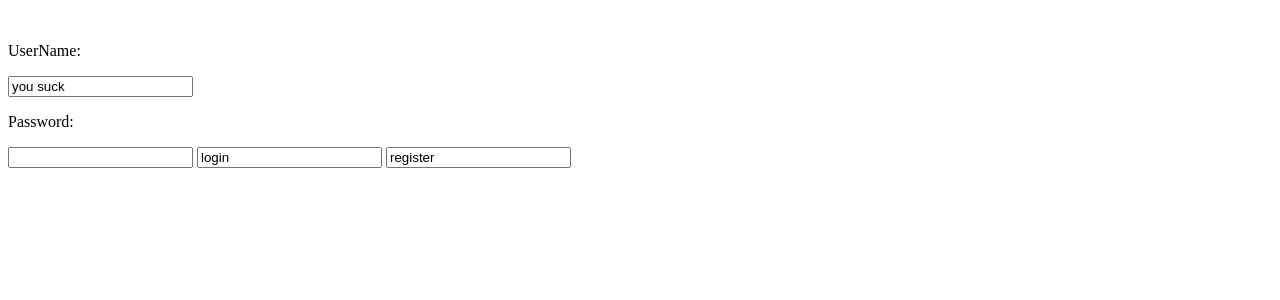
Repository: Hamzamshoaib/us2
Page: http://localhost/te_assignment_2/
These files come from the project's save history. The page is drawn as it stood at one moment and after the next save; the edit follows.
The browser window is 1280 px wide. The pictures show the whole page.
The page is served by Tomcat 9. Queries for data that is not in the repository find no rows.

Above is the page before, as saved 2015-05-08 18:23:00.

After the next save:
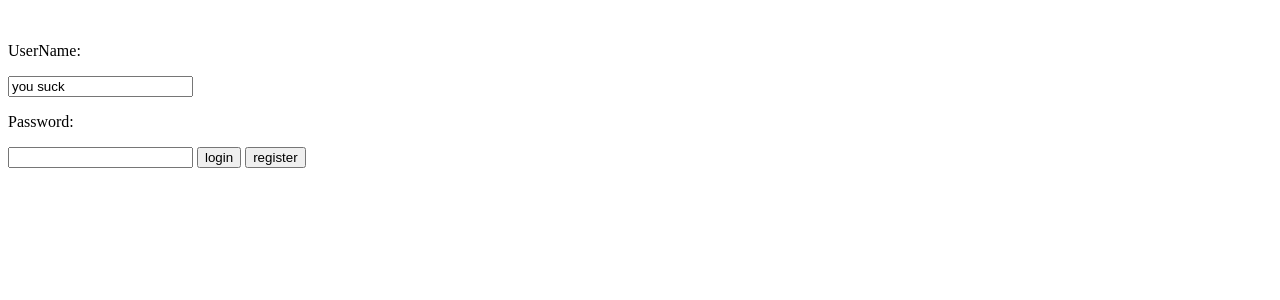
Saved 22 s later.
--- a/te_assignment_2/WebContent/index.jsp
+++ b/te_assignment_2/WebContent/index.jsp
@@ -15,8 +15,8 @@ ${message}
 <br>
 <p>Password: </p>
 <INPUT type="password" name="password">
-<INPUT TYPE="login" name="action" value="login">
-<INPUT TYPE="register" name="action" value="register">
+<INPUT TYPE="button" name="action" value="login">
+<INPUT TYPE="button" name="action" value="register">
 
 </FORM>
 </body>
